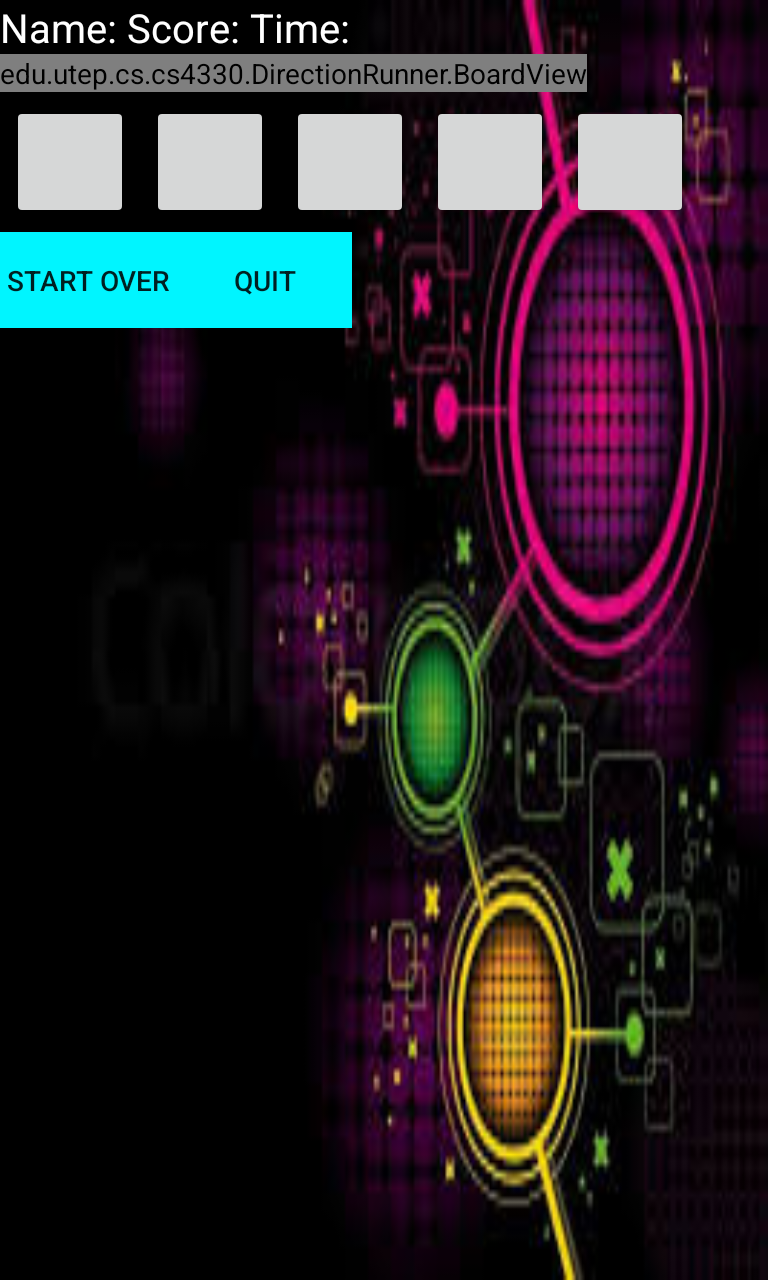
Repository: RedJaVa68/DirectionRunner
Layout: DirectionRunner/res/layout/game_activity.xml
The author's editor kept a copy of each file at every save. The layout is drawn from the files as they stood at one save, then again after the next save.
Pictures or frames that could not be fetched are drawn as grey boxes. It is drawn on a 768 x 1280 px phone screen (xhdpi) without system bars, with theme AppTheme; the app's code is not run.

Above is the layout before, as saved 2015-05-07 00:44:07.

### DirectionRunner/res/layout/game_activity.xml
<?xml version="1.0" encoding="utf-8"?>
<ScrollView
    android:layout_width="match_parent"
    android:layout_height="match_parent"
    android:fillViewport="true"
    xmlns:android="http://schemas.android.com/apk/res/android">
<LinearLayout
    android:layout_width="fill_parent"
    android:layout_height="wrap_content"
    android:orientation="vertical"
    android:weightSum="3"
    android:background="@drawable/bg">
    <LinearLayout
        android:layout_width="wrap_content"
        android:layout_height="wrap_content"
        android:orientation="horizontal">
        <TextView
            android:id="@+id/nameText"
            android:layout_width="wrap_content"
            android:layout_height="wrap_content"
            android:text="Name: "
            android:textSize="20sp"
            android:textColor="#ffffff"/>"
        <TextView
            android:id="@+id/scoreText"
            android:layout_width="wrap_content"
            android:layout_height="wrap_content"
            android:text="Score: "
            android:textSize="20sp"
            android:textColor="#ffffff"/>
        <TextView
            android:id="@+id/clock"
            android:layout_width="wrap_content"
            android:layout_height="wrap_content"
            android:text="Time: "
            android:textSize="20sp"
            android:textColor="#ffffff"/>

    </LinearLayout>
    <edu.utep.cs.cs4330.DirectionRunner.BoardView
        android:id="@+id/boardView"
        android:layout_width="wrap_content"
        android:layout_height="wrap_content"/>
    <LinearLayout
        android:layout_width="wrap_content"
        android:layout_height="wrap_content"
        android:orientation="horizontal">
        <Button
        	android:id="@+id/button1"
        	android:layout_width="60dp"
        	android:layout_height="60dp"
        	android:layout_margin="5dp"
        	android:onClick="button1"/>
        <Button
            android:id="@+id/button2"
            android:layout_width="60dp"
            android:layout_height="60dp"
            android:layout_margin="5dp"
            android:onClick="button2"/>
        <Button
        	android:id="@+id/button3"
        	android:layout_width="60dp"
        	android:layout_height="60dp"
        	android:layout_margin="5dp"
        	android:onClick="button3"/>
        <Button
            android:id="@+id/button4"
            android:layout_width="60dp"
            android:layout_height="60dp"
            android:layout_margin="5dp"
            android:onClick="button4"/>
        <Button
        	android:id="@+id/button5"
        	android:layout_width="60dp"
        	android:layout_height="60dp"
        	android:layout_margin="5dp"
        	android:onClick="button5"/>
    </LinearLayout>
    <LinearLayout
        android:layout_width="wrap_content"
        android:layout_height="wrap_content"
        android:orientation="horizontal">
        <Button
            android:id="@+id/reset"
            android:layout_width="fill_parent"
            android:layout_height="wrap_content"
            android:text="Start Over"
            android:background="#00F5FF"
            android:onClick="reset"/>
    	<Button
        	android:id="@+id/quit"
        	android:layout_width="fill_parent"
        	android:layout_height="wrap_content"
        	android:text="Quit"
        	android:background="#00F5FF"
       	    android:onClick="quit"/>


    </LinearLayout>

</LinearLayout>
</ScrollView>

Loaded but not shown: DirectionRunner/res/values/styles.xml (common file); DirectionRunner/res/values-v11/styles.xml (common file); DirectionRunner/res/values-v14/styles.xml (common file)

After the next save:
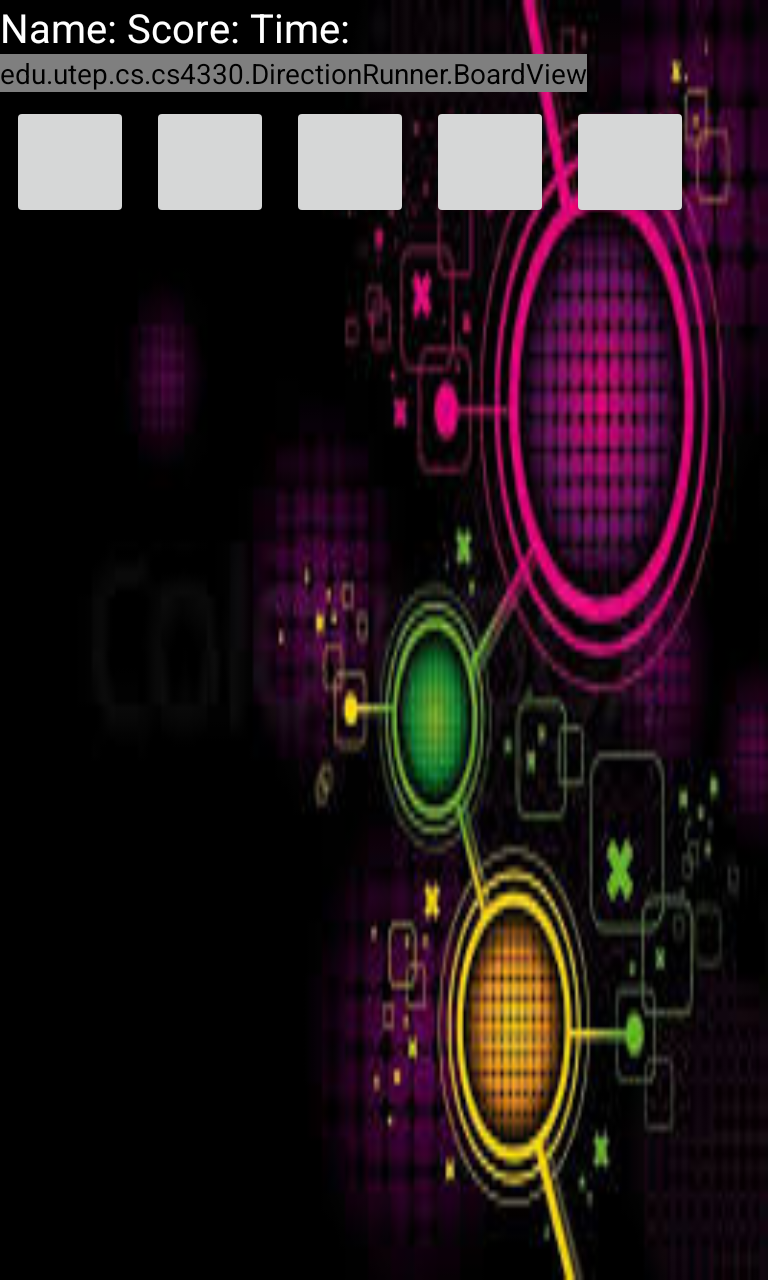
Saved 93 s later.
--- a/DirectionRunner/res/layout/game_activity.xml
+++ b/DirectionRunner/res/layout/game_activity.xml
@@ -77,7 +77,7 @@
         	android:onClick="button5"/>
     </LinearLayout>
     <LinearLayout
-        android:layout_width="wrap_content"
+        android:layout_width="fill_parentt"
         android:layout_height="wrap_content"
         android:orientation="horizontal">
         <Button
@@ -86,14 +86,16 @@
             android:layout_height="wrap_content"
             android:text="Start Over"
             android:background="#00F5FF"
-            android:onClick="reset"/>
+            android:onClick="reset"
+            android:layout_margin="5dp"/>
     	<Button
         	android:id="@+id/quit"
         	android:layout_width="fill_parent"
         	android:layout_height="wrap_content"
         	android:text="Quit"
         	android:background="#00F5FF"
-       	    android:onClick="quit"/>
+       	    android:onClick="quit"
+       	    android:layout_margin="5dp"/>
 
 
     </LinearLayout>
